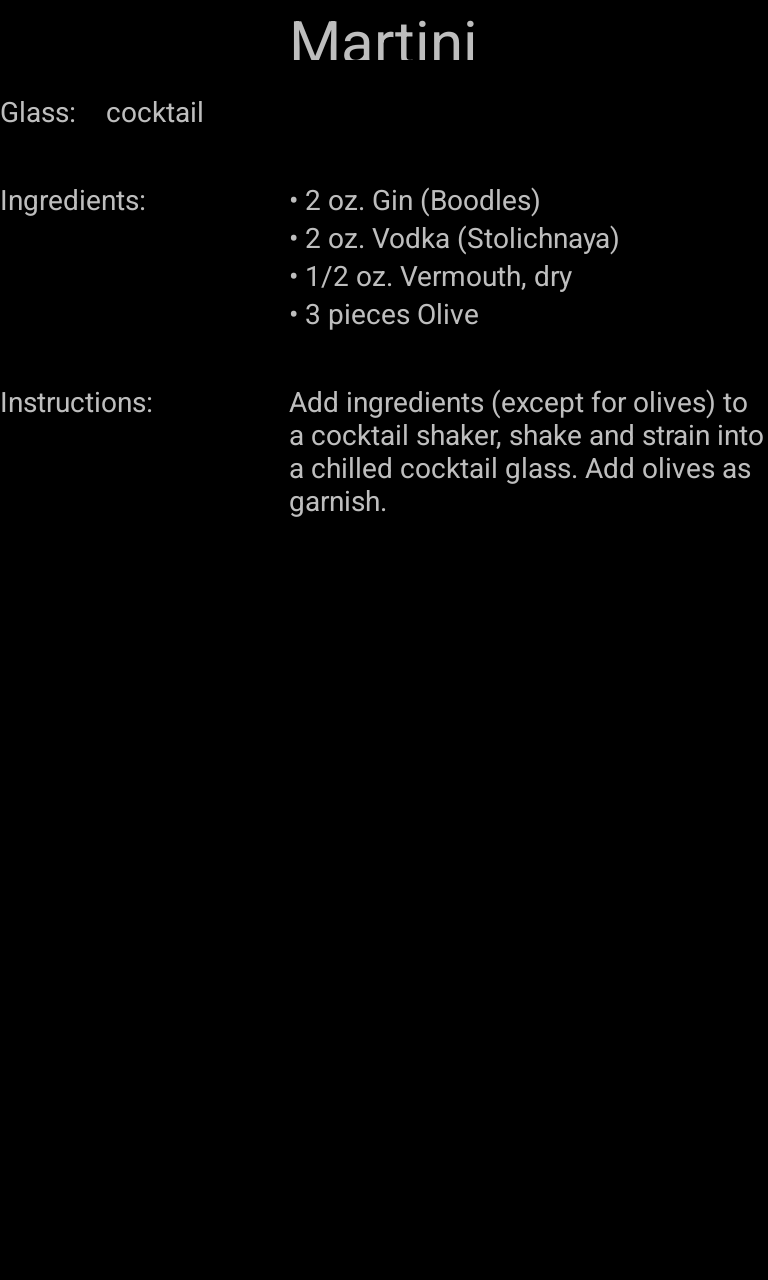
Repository: caltangelo/Drinkables
Layout: CocktailView/res/layout/main.xml
These files come from the project's save history. The layout is drawn as it stood at one moment and after the next save; the edit follows.
It is drawn on a 768 x 1280 px phone screen (xhdpi) without system bars, with theme android:Theme; the app's code is not run.

Above is the layout before, as saved 2011-09-22 20:54:14.

After the next save:
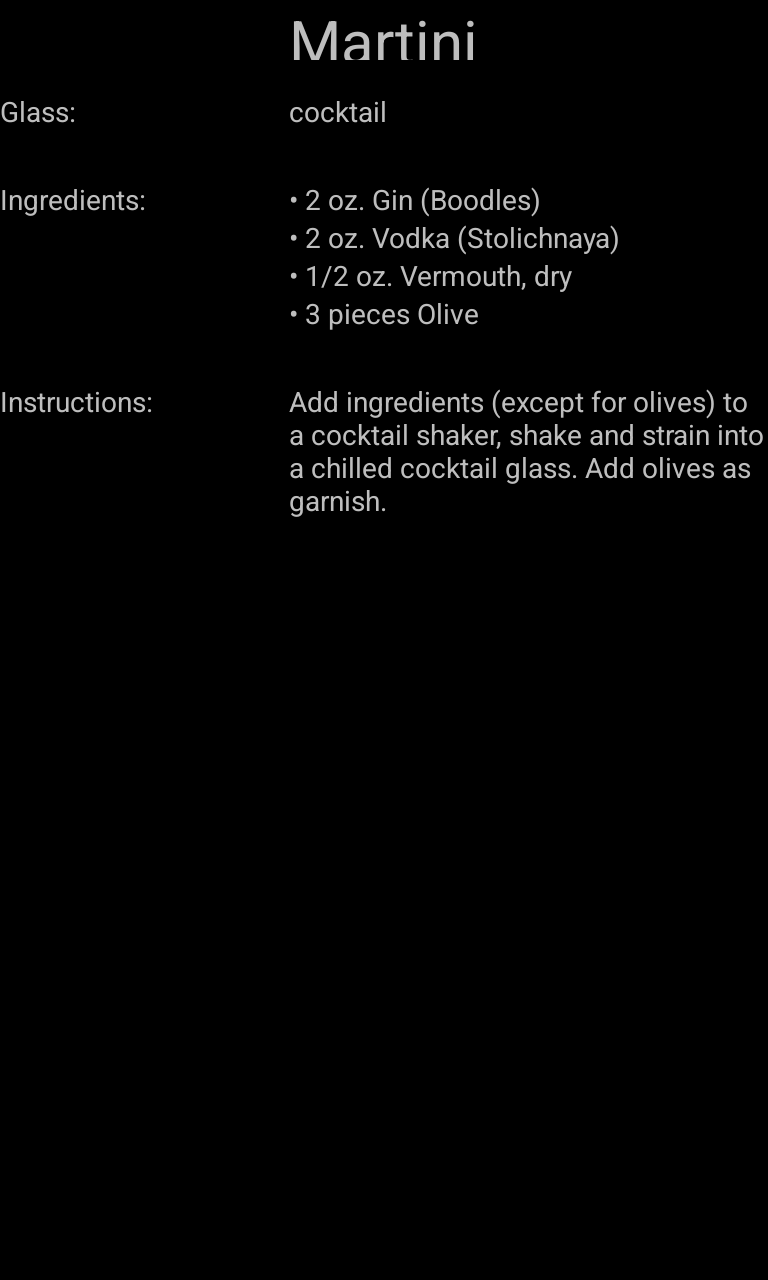
Saved 37 s later.
--- a/CocktailView/res/layout/main.xml
+++ b/CocktailView/res/layout/main.xml
@@ -13,7 +13,7 @@
 	<TextView android:id="@+id/glass_type"
 		android:layout_toRightOf="@id/glass_label" android:text="@string/drink_glass"
 		android:layout_height="wrap_content" android:layout_width="wrap_content"
-		android:layout_alignTop="@id/glass_label" android:paddingLeft="15sp" />
+		android:layout_alignTop="@id/glass_label" android:layout_alignLeft="@+id/drinkname" />
 
 	<TextView android:layout_height="wrap_content" android:id="@+id/ingredient_label"
 		android:text="Ingredients: " android:layout_width="wrap_content"
